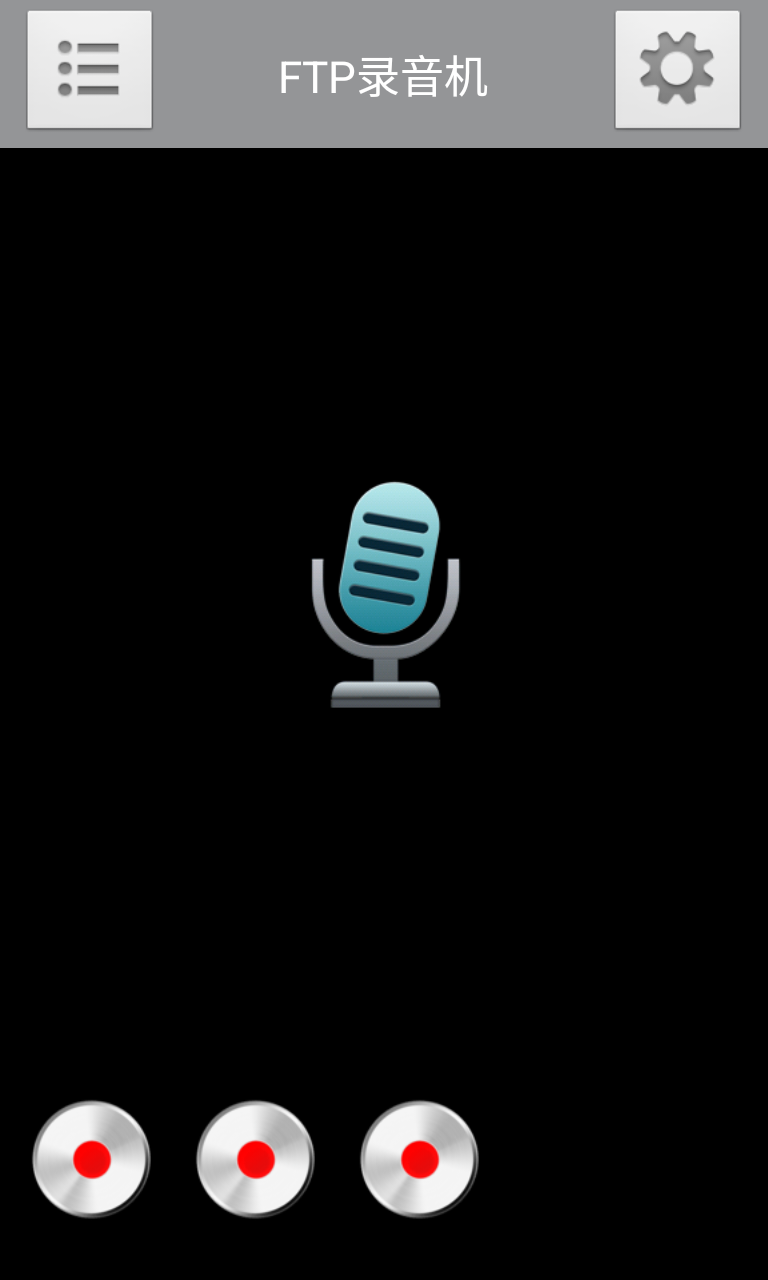
Repository: stone-jin/WAVRecoder
Layout: WAVRecoder2/res/layout/main.xml
These files come from the project's save history. The layout is drawn as it stood at one moment and after the next save; the edit follows.
It is drawn on a 768 x 1280 px phone screen (xhdpi) without system bars, with theme Anim_style2; the app's code is not run.

Above is the layout before, as saved 2014-05-06 19:06:03.

After the next save:
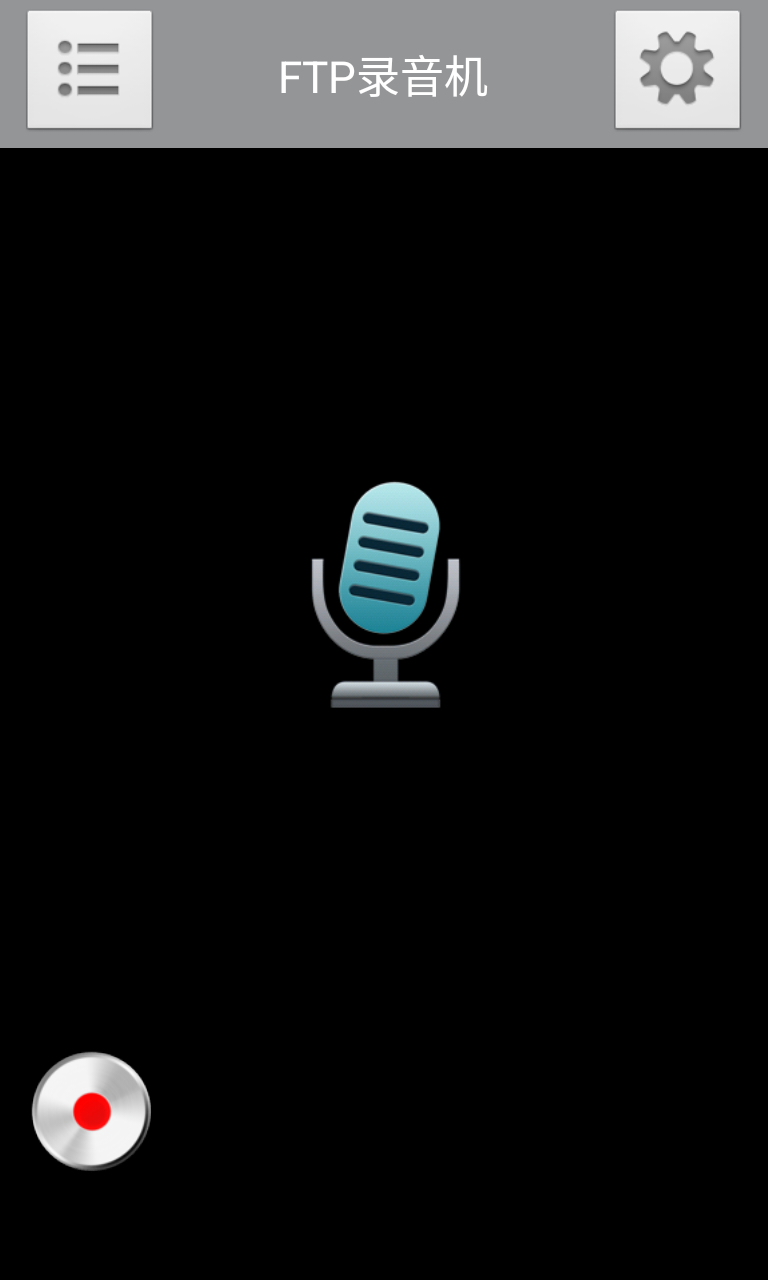
Saved 22 s later.
--- a/WAVRecoder2/res/layout/main.xml
+++ b/WAVRecoder2/res/layout/main.xml
@@ -21,10 +21,9 @@
 
     </RelativeLayout>
 
-    <LinearLayout
+    <RelativeLayout
         android:layout_width="fill_parent"
         android:layout_height="120dp"
-        android:orientation="horizontal"
         >
 
         <Button
@@ -51,7 +50,7 @@
             android:layout_gravity="center_vertical"
             />
 
-    </LinearLayout>
+    </RelativeLayout>
 
 
 </LinearLayout>
